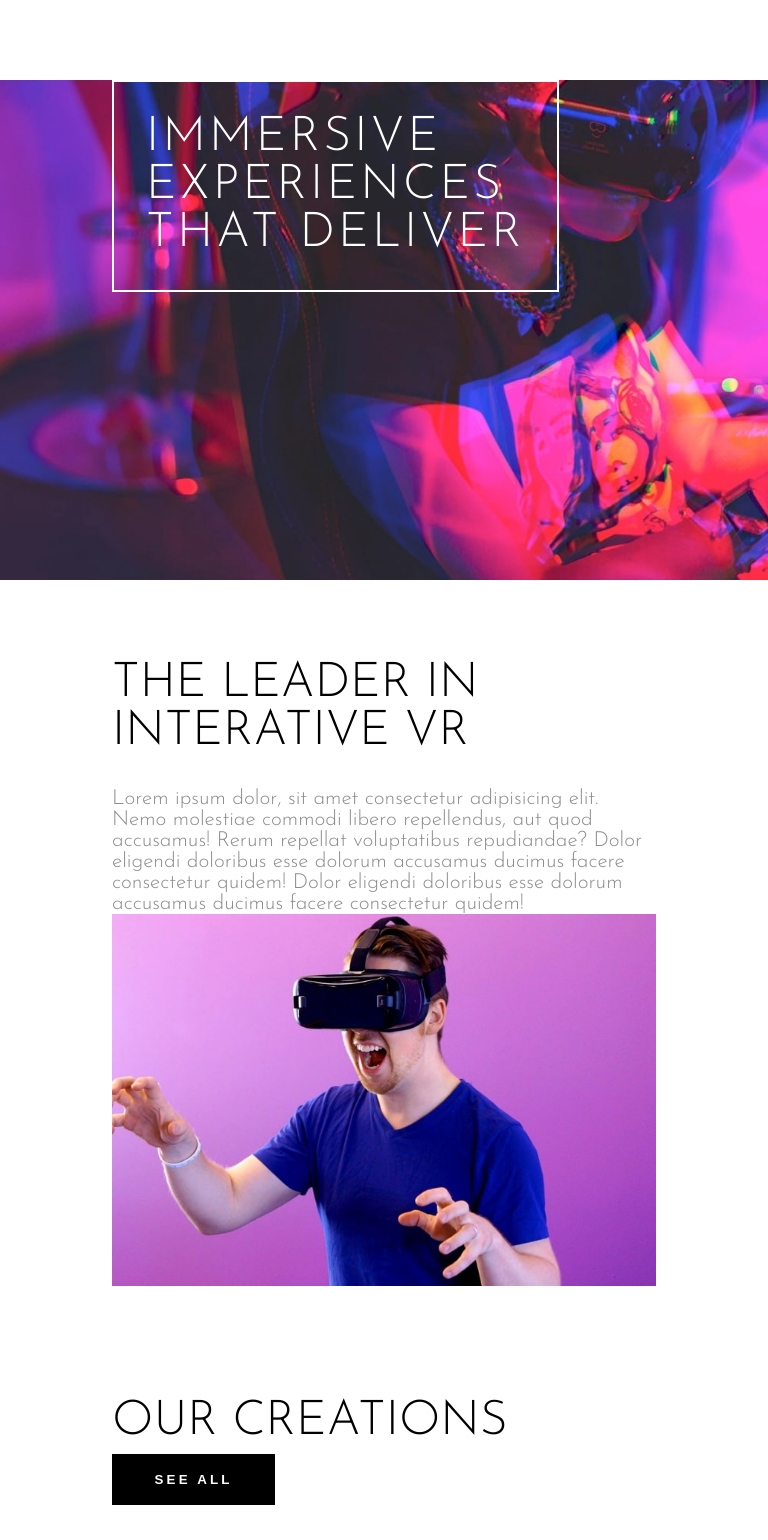
Repository: gligor99/loopstudios-fm
Page: /
These files come from the project's save history. The page is drawn as it stood at one moment and after the next save; the edit follows.
The browser window is 768 px wide. The pictures show the part of the page from y = 0 to 1540 px (the page is 6332 px tall before and 6198 px after).
Pictures or frames that could not be fetched are drawn as grey boxes. Backgrounds fixed to the window are drawn as part of the page. The project was rebuilt for these pictures with package versions that can differ from the ones it lists, and the page was loaded fresh each time.

Above is the page before, as saved 2021-11-28 23:42:45.

After the next save:
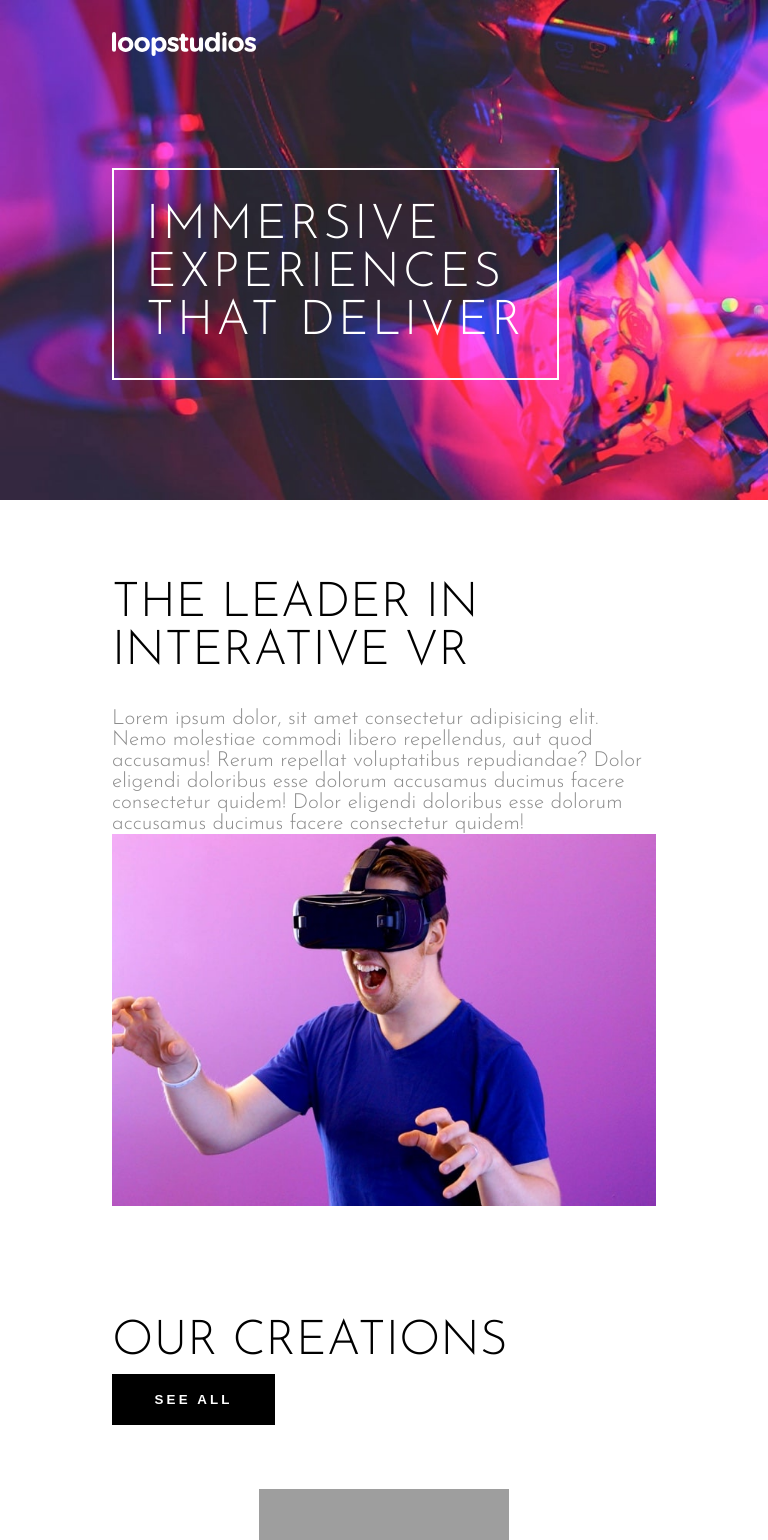
Saved 26 s later.
--- a/src/components/Navbar/navbar.css
+++ b/src/components/Navbar/navbar.css
@@ -40,7 +40,7 @@ a:hover:after {
 }
 
 @media screen and (max-width: 850px ) {
-  .wrapper {
+  ul {
     display: none;
   }
 }
